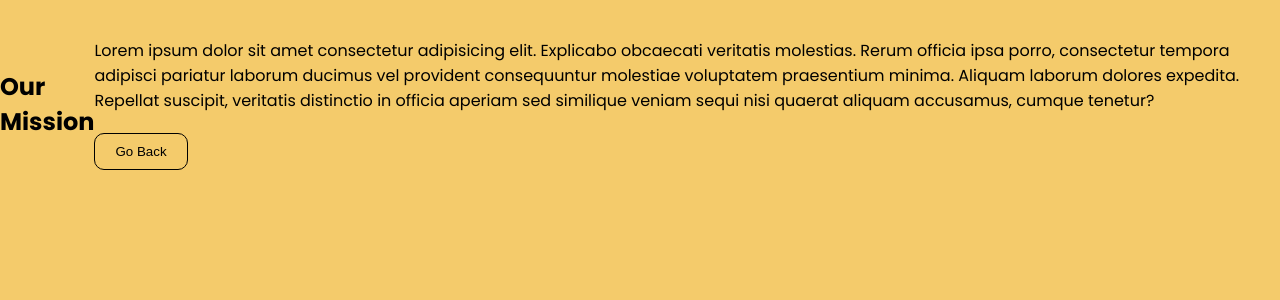
Repository: ble-syn/Random-user-generator-app
Page: /contact
These files come from the project's save history. The page is drawn as it stood at one moment and after the next save; the edit follows.
The browser window is 1280 px wide. The pictures show the whole page.
The project was rebuilt for these pictures with package versions that can differ from the ones it lists, and the page was loaded fresh each time. Also part of the build but not shown: src/components/Navbar.jsx, src/components/pagination.jsx, src/components/ErrorFallback.jsx, src/components/User.jsx, src/pages/Home.jsx, src/pages/About.jsx, src/pages/Vision.jsx, src/pages/Mission.jsx and 1 more.

Above is the page before, as saved 2022-10-28 19:03:39.

After the next save:
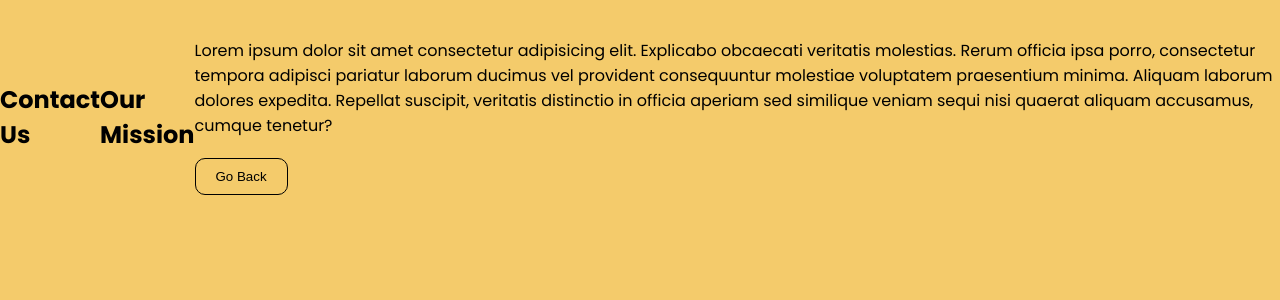
Saved 28 s later.
--- a/src/pages/Contact.jsx
+++ b/src/pages/Contact.jsx
@@ -9,6 +9,9 @@ function Contact() {
 }
   return (
     <div className="home-container">
+      <div id="left">
+        <h2>Contact Us</h2>
+      </div>
       <h2> Our Mission</h2>
       <div>
         <p>
